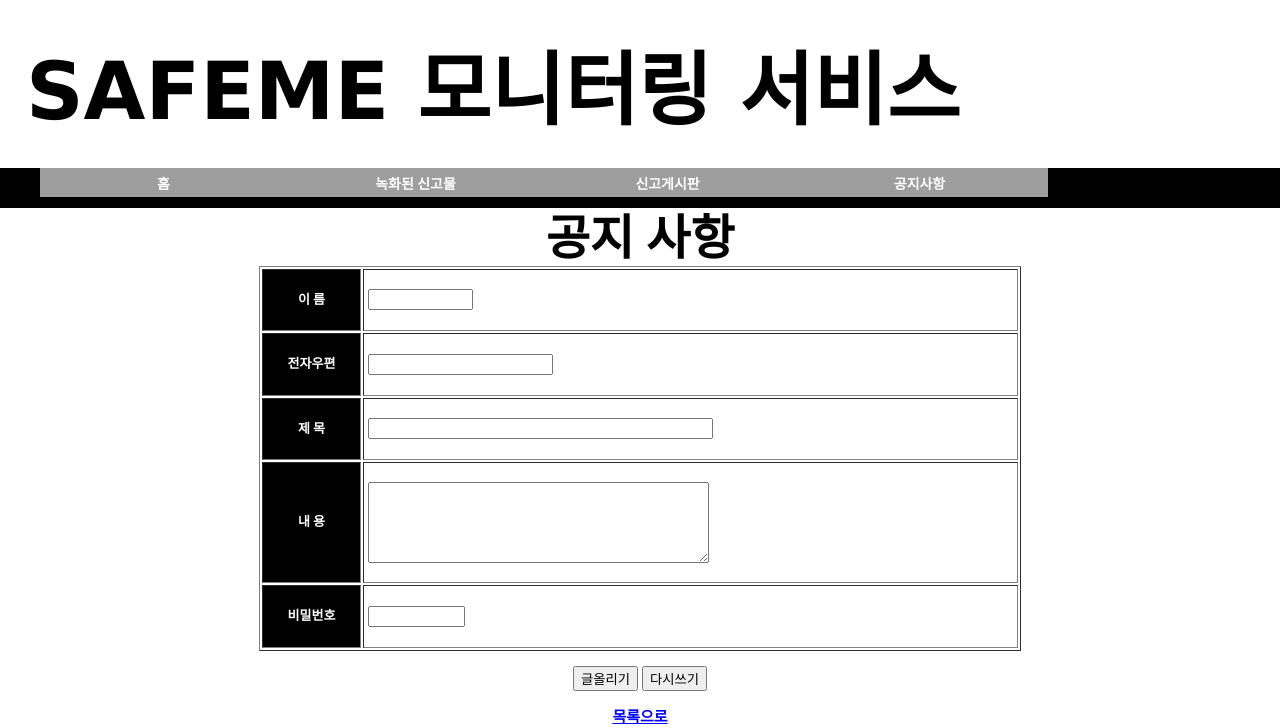
Repository: imdasom/SafeMe
Page: http://localhost/SafeMe/homepage/write1.jsp
The author's editor kept a copy of each file at every save. The page is drawn from the files as they stood at one save, then again after the next save.
The browser window is 1280 px wide. The pictures show the whole page.
Pictures or frames that could not be fetched are drawn as grey boxes. The page is served by Tomcat 9.

Above is the page before, as saved 2015-12-14 09:45:56.

### FinalSafeMeWeb/SafeMe/homepage/write1.jsp
<%@ page language="java" contentType="text/html; charset=UTF-8" pageEncoding="UTF-8" trimDirectiveWhitespaces="true"%>
<!DOCTYPE html PUBLIC "-//W3C//DTD HTML 4.01 Transitional//EN" "http://www.w3.org/TR/html4/loose.dtd">
<html>
<head>
<jsp:include page="Home.jsp" flush="false" /><br /><br />





<title>공지사항</title>
<script language=javascript>
        function check() {
                if(document.myform.b_name.value.length==0) {
                        alert("이름을 써주세요");
                        myform.w_name.focus();
                        return false;
                }
                if(document.myform.b_title.value.length==0) {
                        alert("제목을 써주세요.");
                        myform.b_title.focus();
                        return false;
                }
                if(document.myform.b_content.value.length==0) {
                        alert("내용을 써주세요.");
                        myform.b_content.focus();
                        return false;
                }
                if(document.myform.b_pwd.value.length==0) {
                        alert("수정시 필요한 비밀번호를 써주세요.");
                        myform.b_pwd.focus();
                        return false;
                }
                document.myform.submit();
        }
</script>
</head>

<body bgcolor="white" text="black" link="blue" vlink="red" alink="red">

<p align="center"><font color="#00000" size="30"><font size="30"></font><b>공지 사항</b></font>
<table border="1" cellpadding="4" align="center">
    <tr>
        <td width="89" bgcolor="#00000"><p align="center"><font size="2" color="white">이
            름</font></td>
        <td width="645"><form name="myform" method="post" action=write_act1.jsp>
            <p><input type="text" name="b_name" maxlength="10" size="10"></td>
    </tr>
    <tr>
        <td width="89" bgcolor="#00000"><p align="center"><font size="2" color="white">전자우편
</font></td>
        <td width="645"><p><input type="text" name="b_mail" maxlength="30"></td>
    </tr>
    <tr>
        <td width="89" bgcolor="#00000"><p align="center"><font size="2" color="white">제
            목</font></td>
        <td width="645"><p><input type="text" name="b_title" maxlength="60"
size="40"></td>
    </tr>
    <tr>
        <td width="89" bgcolor="#00000"><p align="center"><font size="2" color="white">내
            용</font></td>
        <td width="645"><p><textarea name="b_content" rows="5"
cols="40"></textarea></td>
    </tr>
    <tr>
        <td width="89" bgcolor="#00000"><p align="center"><font size="2" color="white">비밀번호
</font></td>
        <td width="645"><p><input type="password" name="b_pwd" maxlength="12"
             size="9"></td>
    </tr>
</table>
<p align="center"><input type="button" value="글올리기" onclick="check()"> <input
 type="reset" value="다시쓰기">
</p></form>
<center> <a href="list1.jsp"> 목록으로 </a>



</body>
</html>

### FinalSafeMeWeb/SafeMe/homepage/Home.jsp
<%@ page language="java" contentType="text/html; charset=EUC-KR"
    pageEncoding="EUC-KR"%>
<!DOCTYPE html PUBLIC "-//W3C//DTD HTML 4.01 Transitional//EN" "http://www.w3.org/TR/html4/loose.dtd">
<html xmlns="http://www.w3.org/1999/xhtml">
                <head>
                        <meta http-equiv="Content-Type" content="text/html; charset=iso-8859-1" />
                        <title>대한민국 치안 방지 프로젝트</title>
                        <style type="text/css">
<!--
body{
	margin:0;
	padding:0;
	font: bold 15px/1.5em '맑은고딕';
	}
h2{
	font: bold 80px 맑은 고딕, Verdana, Arial, Helvetica, sans-serif;
	color: #000;
	margin: 26px;
	padding: 0px 0px 0px 0px;
	}

/*- Menu Tabs E--------------------------- */

    #tabsE {
      float:left;
      width:100%;
      background:#000;
      font-size:93%;
      line-height:normal;
      height: 40px;
      }
    #tabsE ul {
        margin:0;
        /* padding:10px 10px 0 50px; */
        list-style:none;
        text-align : center;
      }
    #tabsE li {
      display:inline;
      margin:0;
      padding:0;
      }
    #tabsE a {
      float:left;
      background:url("tableftE.gif") no-repeat left top;
      margin:0;
      padding:0 0 0 4px;
      text-decoration:none;
      width:20%;
      }
    #tabsE a span {
      float:left;
      display:block;
      background:url("tabrightE.gif") no-repeat right top;
      padding:5px 15px 4px 6px;
      color:#FFF;
      }
    /* Commented Backslash Hack hides rule from IE5-Mac \*/
    #tabsE a span {float:none;}
    /* End IE5-Mac hack */
    #tabsE a:hover span {
      color:#FFF;
      }
    #tabsE a:hover {
      background-position:0% -42px;
      }
    #tabsE a:hover span {
      background-position:100% -42px;
      }

        #tabsE #current a {
                background-position:0% -42px;
        }
        #tabsE #current a span {
                background-position:100% -42px;
        }
-->
</style>
                </head>

                <body>

                        <h2>SAFEME 모니터링 서비스</h2>
                        <div id="tabsE">
                                <ul>
                                        <!-- CSS Tabs -->
<li><a href="HomeImage.jsp"><span>홈</span></a></li>
<li><a href="recordkesipan.jsp"><span>녹화된 신고물</span></a></li>
<li><a href="sinkokyesipan.jsp"><span>신고게시판</span></a></li>
<li><a href="list1.jsp"><span>공지사항</span></a></li>

                                </ul>
                        </div>

                </body>

</html>

After the next save:
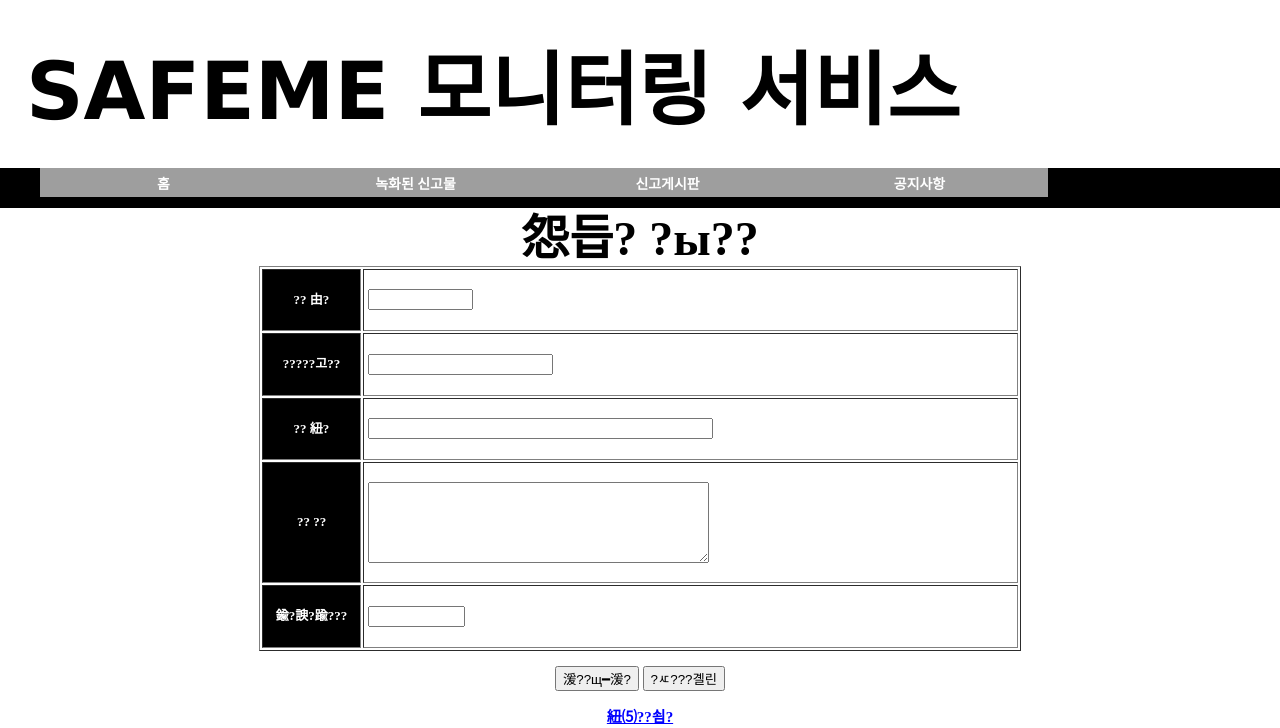
Saved 2 min 28 s later.
--- a/FinalSafeMeWeb/SafeMe/homepage/write1.jsp
+++ b/FinalSafeMeWeb/SafeMe/homepage/write1.jsp
@@ -1,4 +1,6 @@
-<%@ page language="java" contentType="text/html; charset=UTF-8" pageEncoding="UTF-8" trimDirectiveWhitespaces="true"%>
+<%@ page language="java" contentType="text/html; charset=EUC-KR"
+	pageEncoding="EUC-KR"%>
+<%-- <%@ page language="java" contentType="text/html; charset=UTF-8" pageEncoding="UTF-8" trimDirectiveWhitespaces="true"%> --%>
 <!DOCTYPE html PUBLIC "-//W3C//DTD HTML 4.01 Transitional//EN" "http://www.w3.org/TR/html4/loose.dtd">
 <html>
 <head>

After the save that followed:
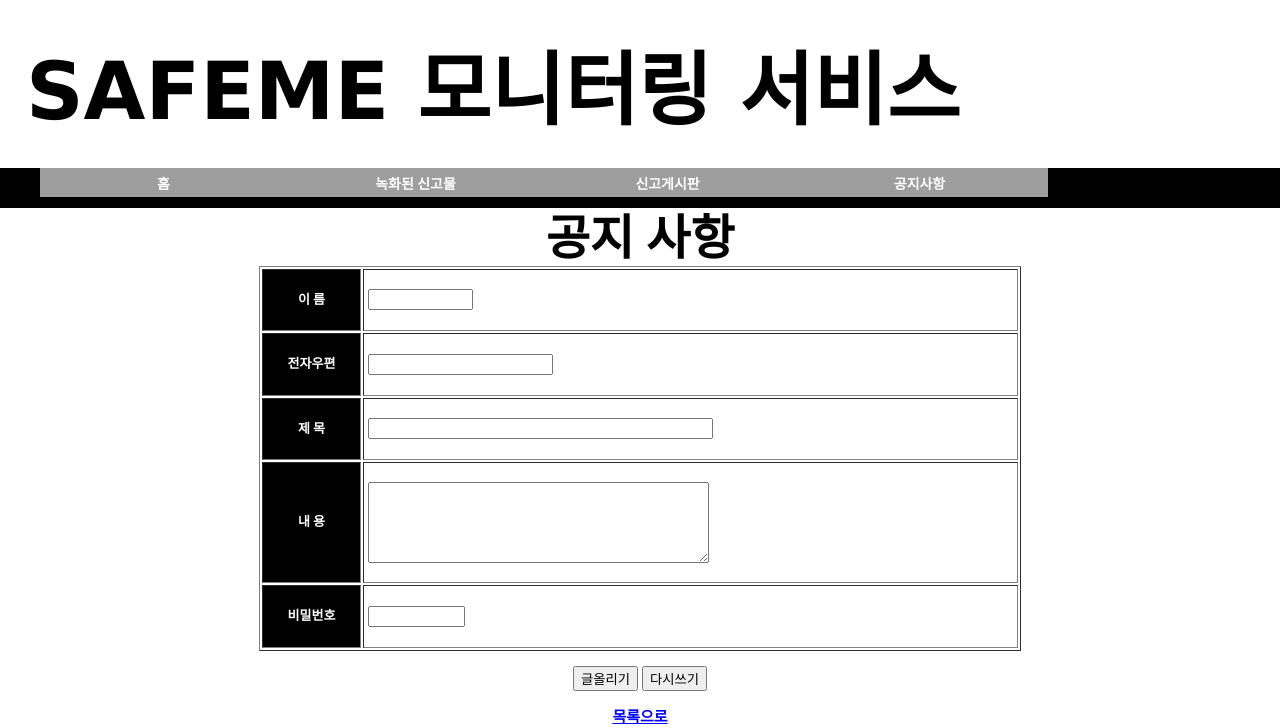
Saved 22 s later.
--- a/FinalSafeMeWeb/SafeMe/homepage/write1.jsp
+++ b/FinalSafeMeWeb/SafeMe/homepage/write1.jsp
@@ -1,6 +1,4 @@
-<%@ page language="java" contentType="text/html; charset=EUC-KR"
-	pageEncoding="EUC-KR"%>
-<%-- <%@ page language="java" contentType="text/html; charset=UTF-8" pageEncoding="UTF-8" trimDirectiveWhitespaces="true"%> --%>
+<%@ page language="java" contentType="text/html; charset=UTF-8" pageEncoding="UTF-8" trimDirectiveWhitespaces="true"%>
 <!DOCTYPE html PUBLIC "-//W3C//DTD HTML 4.01 Transitional//EN" "http://www.w3.org/TR/html4/loose.dtd">
 <html>
 <head>
